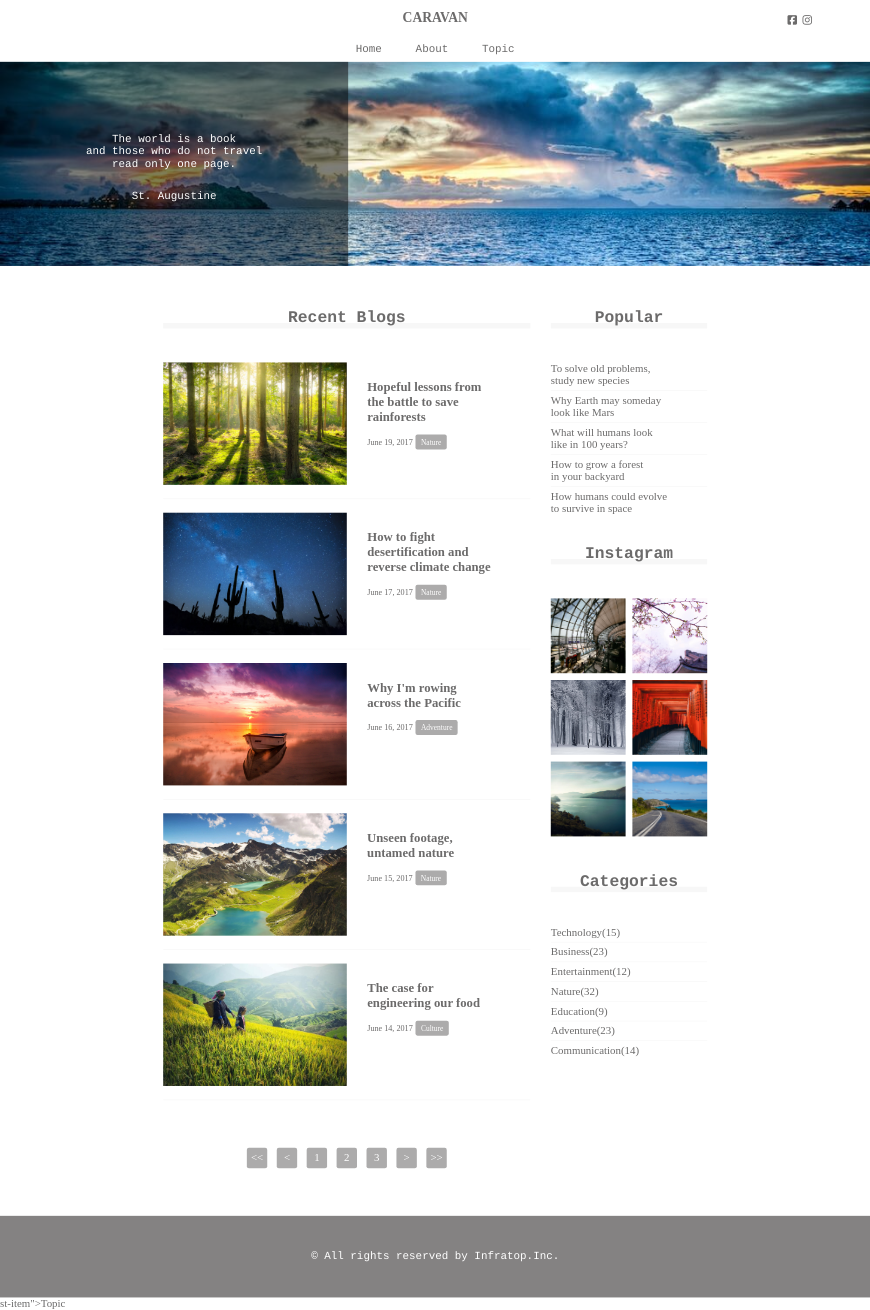
Repository: ayakodesu/html-practice
Page: caravan/index.html
The author's editor kept a record of every edit. The page is drawn from the files as they stood at one moment, then again after the next edit.
The browser window is 1280 px wide. The pictures show the whole page, at 68% of full size.
Some web libraries are served in a nearby version.

Above is the page before.

### caravan/index.html
<!DOCTYPE html>
<html lang="ja">
  <head>
    <meta charset="UTF-8" />
    <!-- CSSファイルの読み込み -->
    <script src="https://kit.fontawesome.com/c4250438e1.js" crossorigin="anonymous"></script>
    <link rel="stylesheet" href="style.css" />
    <title>CARAVAN</title>
  </head>

  <body>
    <!-- header -->
    <header>
      <h1 class="heading">
        <a href="index.html">
          CARAVAN
        </a>
      </h1>

      <div class="social">

       <li class="fab fa-facebook-square"></li>

       <li class="fab fa-twitter-swuare"></li>

       <li class="fab fa-instagram"></li>

      </div>
    </header>

    <!-- navigation -->
    <nav>
      <ul class="nav-list">
        <li class="nav-list-item">
          <a href="index.html">Home</a>
        </li>
        <li class="nav-list-item">About</li>
        <li class="nav-list-item">Topic</li>
      </ul>
    </nav>

    <!-- main-visual用のdiv -->
    <div class="main-visual">
      <div class="main-visual-content">
        <p class="main-visual-text">
          The world is a book<br />
          and those who do not travel<br />
          read only one page.
        </p>
        <p class="main-visual-name">
          St. Augustine
        </p>
      </div>
    </div>

    <!-- main用のdiv -->
    <main>
      <section class="blog">
        <h2 class="blog-heading">Recent Blogs</h2>
        <div class="blog-box">
          <div class="blog-item">
            <img class="blog-image" src="img/forest.jpg" />
            <section class="blog-text">
              <h3 class="blog-text-heading">
                <a href="single.html">
                  Hopeful lessons from<br />
                  the battle to save<br />
                  rainforests
                </a>
              </h3>
              <p class="blog-date">June 19, 2017</p>
              <span class="category">Nature</span>
            </section>
          </div>
          <div class="blog-item">
            <img class="blog-image" src="img/desert.jpg" />
            <section class="blog-text">
              <h3 class="blog-text-heading">
                <a href="single.html">
                  How to fight<br />
                  desertification and<br />
                  reverse climate change
                </a>
              </h3>
              <p class="blog-date">June 17, 2017</p>
              <span class="category">Nature</span>
            </section>
          </div>
          <div class="blog-item">
            <img class="blog-image" src="img/sunset.jpg" />
            <section class="blog-text">
              <h3 class="blog-text-heading">
                <a href="single.html">
                  Why I'm rowing<br />
                  across the Pacific
                </a>
              </h3>
              <p class="blog-date">June 16, 2017</p>
              <span class="category">Adventure</span>
            </section>
          </div>
          <div class="blog-item">
            <img class="blog-image" src="img/italy.jpg" />
            <section class="blog-text">
              <h3 class="blog-text-heading">
                <a href="single.html">
                  Unseen footage,<br />
                  untamed nature
                </a>
              </h3>
              <p class="blog-date">June 15, 2017</p>
              <span class="category">Nature</span>
            </section>
          </div>
          <div class="blog-item">
            <img class="blog-image" src="img/asia.jpg" />
            <section class="blog-text">
              <h3 class="blog-text-heading">
                <a href="single.html">
                  The case for<br />
                  engineering our food
                </a>
              </h3>
              <p class="blog-date">June 14, 2017</p>
              <span class="category">Culture</span>
            </section>
          </div>
        </div>
        <div class="pagination">
          <p><<</p>
          <p><</p>
          <p>1</p>
          <p>2</p>
          <p>3</p>
          <p>></p>
          <p>>></p>
        </div>      </section>
      <div class="sidebar">
        <section class="popular">
          <h2 class="popular-heading common-heading">Popular</h2>
          <div class="sidebar-contents">
            <p class="popular-text">
              To solve old problems,<br />study new species
            </p>
            <p class="popular-text">
              Why Earth may someday<br />look like Mars
            </p>
            <p class="popular-text">
              What will humans look<br />like in 100 years?
            </p>
            <p class="popular-text">
              How to grow a forest<br />in your backyard
            </p>
            <p class="popular-text">
              How humans could evolve<br />to survive in space
            </p>
          </div>
        </section>
        <section class="instagram">
          <h2 class="instagram-heading common-heading">Instagram</h2>
          <div class="sidebar-contents">
            <div class="instagram-box"></div>
            <div class="instagram-box"></div>
            <div class="instagram-box"></div>
            <div class="instagram-box"></div>
            <div class="instagram-box"></div>
            <div class="instagram-box"></div>
          </div>
        </section>
        <section class="categories">
          <h2 class="categories-heading common-heading">Categories</h2>
          <div class="sidebar-contents">
            <p class="categories-text">Technology(15)</p>
            <p class="categories-text">Business(23)</p>
            <p class="categories-text">Entertainment(12)</p>
            <p class="categories-text">Nature(32)</p>
            <p class="categories-text">Education(9)</p>
            <p class="categories-text">Adventure(23)</p>
            <p class="categories-text">Communication(14)</p>
          </div>
        </section>
      </div>
    </main>

    <!-- footer -->
    <footer>
      <p class="footer-text">© All rights reserved by Infratop.Inc.</p>
    </footer>
  </body>
</html>st-item">Topic</li>
      </ul>
    </nav>

### caravan/style.css
/* ブラウザがそれぞれ持っているCSSをリセットするための記述 */
* {
  margin: 0;
  padding: 0;
  box-sizing: border-box;
  color: #6c6b6b;
}

a {
  text-decoration: none;
}

hheader, nav, h2, .main-visual, footer {
  font-family: Chalkduster, "Bradley Hand", Courier, "Segoe Print", sans-serif;
}

header {
  width: 90%; /* 横幅90% */
  padding: 15px 0;
  margin: 0 auto;
  text-align: center;
}


header {
  position: relative;
}
.social {
  position: absolute;
  top: 22px;
  right: 22px;
}

.social i {
  display: inline-block;
  margin-left: 32px;
}


header .heading {
  /* headerタグ内のheadingクラスにのみ反映される */
  font-size: 20px;
}

.nav-list {
  text-align: center;
  padding: 10px 0;
  margin: 0 auto;
}

.nav-list-item {
  list-style: none;
  display: inline-block;
  margin: 0 20px;
}

.main-visual {
  width: 100%; /* 横幅いっぱい */
  height: 300px; /* 高さ300px */
  background-image: url(img/mv.jpg);
  background-size: cover; /* 縦横比を維持したまま背景領域を埋め尽くす */
  background-position: center; /* 背景画像を中央に配置 */
}

.main-visual-content {
  width: 40%; /* 横幅40% */
  height: 300px; /* 親の高さに揃える */
  background-color: rgba(0, 0, 0, 0.5); /* 背景色を半透明の黒にする */
  text-align: center; /* 文字を中央揃えにする */
  padding-top: 105px; /* 上側の内側余白で垂直方向の位置を調整 */
}

.main-visual-text {
  color: #fff; /* 文字色を白に変更 */
}

.main-visual-name {
  margin-top: 30px; /* 上側の外側の余白 */
  color: #fff; /* 文字色を白に変更 */
}

main {
  width: 800px; /* 横幅800px */
  display: flex; /* Flexboxの利用 */
  justify-content: center; /* 要素の横並び・中央寄せ */
  margin: 0 auto; /* 要素の中央揃え */
  padding: 70px 0; /* 上下に70px、左右に0pxの内側余白 */
}

.blog {
  width: 540px;
  margin-right: 30px; /* 領域の右側余白 */
}

.blog-heading {
  border-bottom: 8px solid #f7f7f7;
  text-align: center;
  line-height: 0.6;
}

.blog-box {
  padding-top: 50px;
}

.blog-item {
  padding-bottom: 20px;
  margin-bottom: 20px;
  border-bottom: 1px solid #f7f7f7;
  display: flex;
  justify-content: flex-start;
}

.blog-image {
  height: 180px;
}

.blog-text {
  padding: 25px 0 0 30px;
}

.blog-text-heading {
  padding-bottom: 15px;
}

.blog-date {
  font-size: 12px;
  display: inline-block;
}

.category {
  display: inline-block;
  padding: 5px 8px;
  background-color: #acabab;
  border-radius: 3px;
  color: #fff;
  font-size: 11px;
}

.pagination {
  text-align: center;
  padding-top: 50px;
}

.pagination p {
  display: inline-block;
  width: 30px;
  height: 30px;
  margin: 0 5px;
  color: #fff;
  background-color: #acabab;
  border-radius: 3px;
  line-height: 30px;
}

.sidebar {
  width: 230px;
}

.common-heading {
  border-bottom: 8px solid #f7f7f7;
  text-align: center;
  line-height: 0.6;
}

.sidebar-contents {
  padding: 50px 0;
}

.popular-text,
.categories-text {
  padding-bottom: 5px;
  border-bottom: 1px solid #f7f7f7;
  margin-bottom: 5px;
}

.popular-text:last-child,
.categories-text:last-child {
  margin: 0;
  padding: 0;
  border: none;
}

.instagram .sidebar-contents {
  display: flex;
  flex-wrap: wrap;
}

.instagram-box {
  width: 110px;
  padding-top: 110px;
  background-size: cover;
  background-position: center;
  margin-bottom: 10px;
}

.instagram-box:nth-child(odd) {
  margin-right: 10px;
}

.instagram-box:nth-child(1) {
  background-image: url(img/airport.jpg);
}

.instagram-box:nth-child(2) {
  background-image: url(img/japan.jpg);
}

.instagram-box:nth-child(3) {
  background-image: url(img/snow.jpg);
}

.instagram-box:nth-child(4) {
  background-image: url(img/japan2.jpg);
}

.instagram-box:nth-child(5) {
  background-image: url(img/lake.jpg);
}

.instagram-box:nth-child(6) {
  background-image: url(img/road.jpg);
}

footer {
  width: 100%;
  height: 120px;
  text-align: center;
  line-height: 120px;
  background-color: #848282;
}

.footer-text {
  color: #fff;
}

..social i {
  color:black;
}
/* タブレット横置きサイズ（1024px）以下の際に適用される設定 */
@media screen and (max-width:1024px) {
  .social i {
    color: green;
  }
}
/* タブレット縦置きサイズ（768px）以下の際に適用される設定 */
@media screen and (max-width:768px) {
  .social i {
    color: red;
  }
}
/* スマートフォンサイズ（425px）以下の際に適用される設定 */
@media screen and (max-width:425px) {
  .social i {
    color: blue;
  }
}

After the next edit:
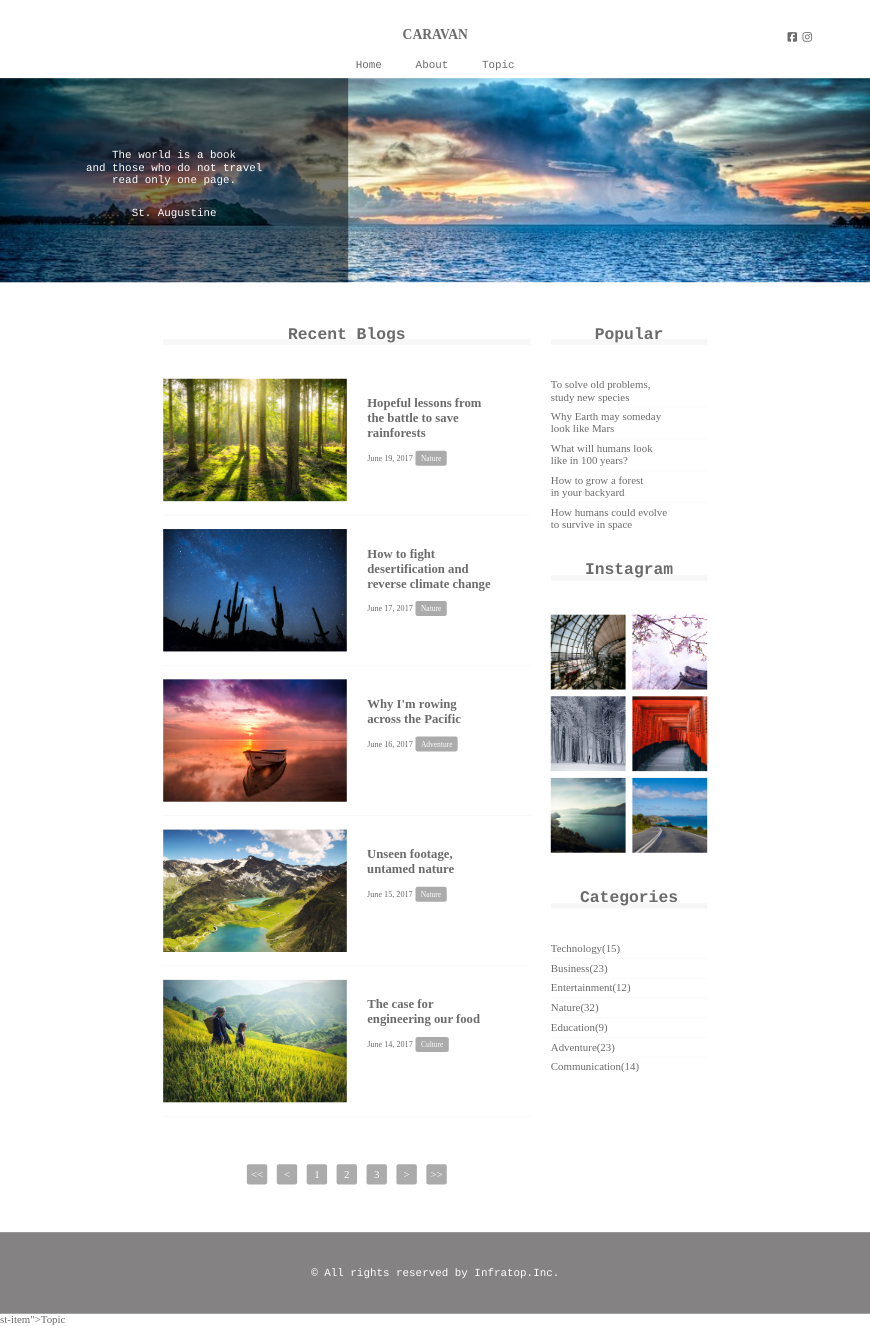
The edit:
--- a/caravan/index.html
+++ b/caravan/index.html
@@ -2,7 +2,7 @@
 <html lang="ja">
   <head>
     <meta charset="UTF-8" />
-    <!-- CSSファイルの読み込み -->
+   　<meta name="viewport" content="width=device-width,initial-scale=1.0">
     <script src="https://kit.fontawesome.com/c4250438e1.js" crossorigin="anonymous"></script>
     <link rel="stylesheet" href="style.css" />
     <title>CARAVAN</title>
